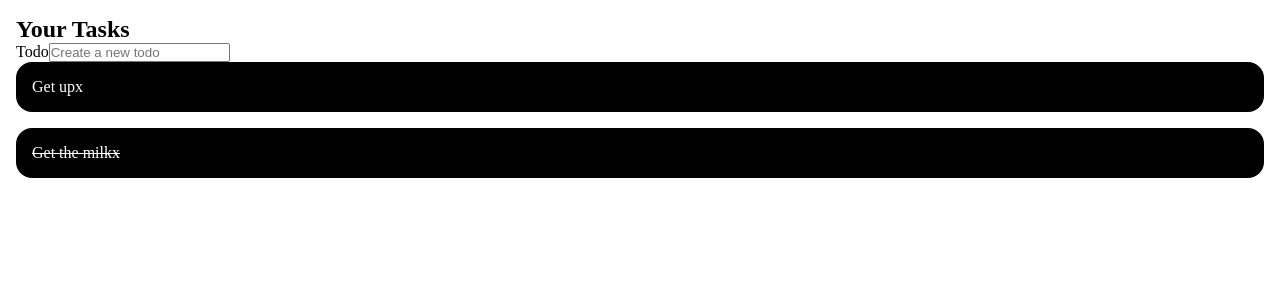
Repository: Heeeeeppo/todo-list
Page: / (app in frontend/)
An editor plug-in stored every save of this project. The page is shown before and after the next save, followed by the edit.
The browser window is 1280 px wide. The pictures show the whole page.
The project was rebuilt for these pictures with package versions that can differ from the ones it lists, and the page was loaded fresh each time.

Above is the page before, as saved 2023-11-07 19:31:46.

### frontend/src/index.css
* {
  margin: 0;
  padding: 0;
}

.App {
  padding: 16px;
}

h2 {
  margin: auto;
}

.todo {
  background-color: black;
  color: white;
  position: relative;
  padding: 16px;
  border-radius: 16px;
  display: flex;
  align-items: center;
  margin-bottom: 16px;
}

.completed {
  text-decoration: line-through;
}

### frontend/src/App.js
import { useState } from "react";

function App() {

    const [todos, setTodos] = useState([]);
    const [newTodo, setNewTodo] = useState("");

    function handleChange(event) {
        setNewTodo(event.target.value);
    }

    return (
        <div className="App">
            <h2>Your Tasks</h2>
            <div className="inputField">
                <label for="text">Todo</label>
                <input
                    type="text"
                    name="text"
                    onChange={handleChange}
                    value={newTodo}
                    placeholder="Create a new todo"
                />
            </div>

            <div className="todos">
                <div className="todo">
                    <div className="checkbox"></div>
                    <div className="text">Get up</div>
                    <div className="delete-todo">x</div>
                </div>

                <div className="todo completed">
                    <div className="checkbox"></div>
                    <div className="text">Get the milk</div>
                    <div className="delete-todo">x</div>
                </div>
            </div>
        </div>
    );
}

export default App;

Loaded but not shown: frontend/public/index.html (common file); frontend/src/index.js (common file)

After the next save:
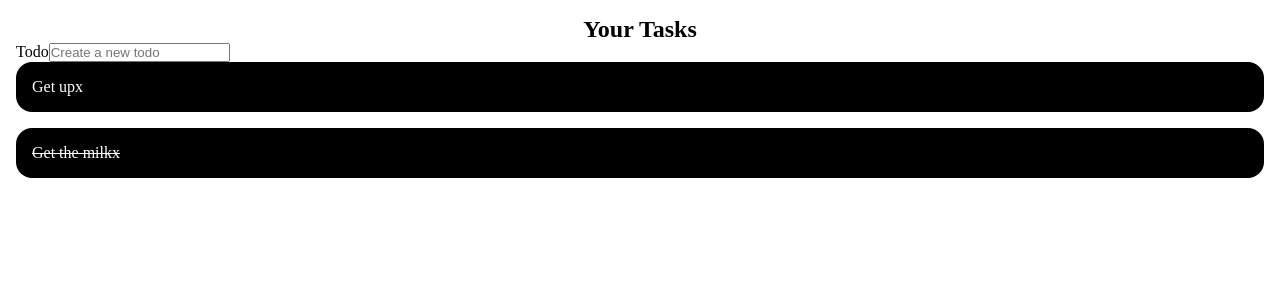
Saved 8 s later.
--- a/frontend/src/index.css
+++ b/frontend/src/index.css
@@ -8,7 +8,7 @@
 }
 
 h2 {
-  margin: auto;
+  text-align: center;
 }
 
 .todo {

After the save that followed:
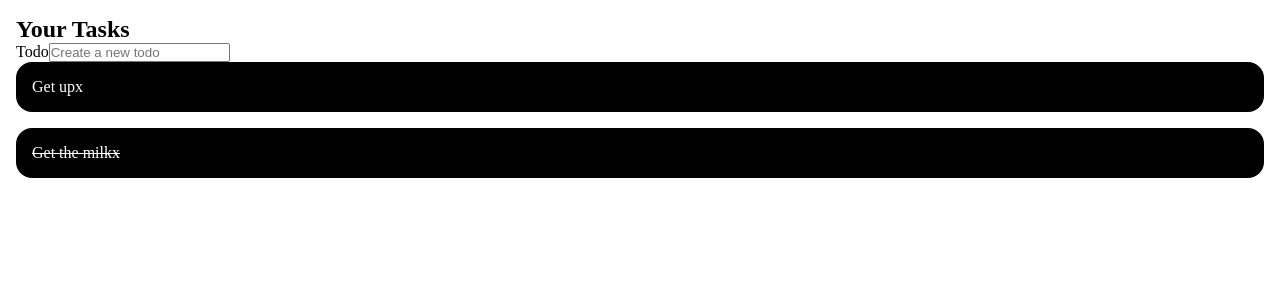
Saved 5 s later.
--- a/frontend/src/index.css
+++ b/frontend/src/index.css
@@ -7,7 +7,7 @@
   padding: 16px;
 }
 
-h2 {
+h1 {
   text-align: center;
 }
 
